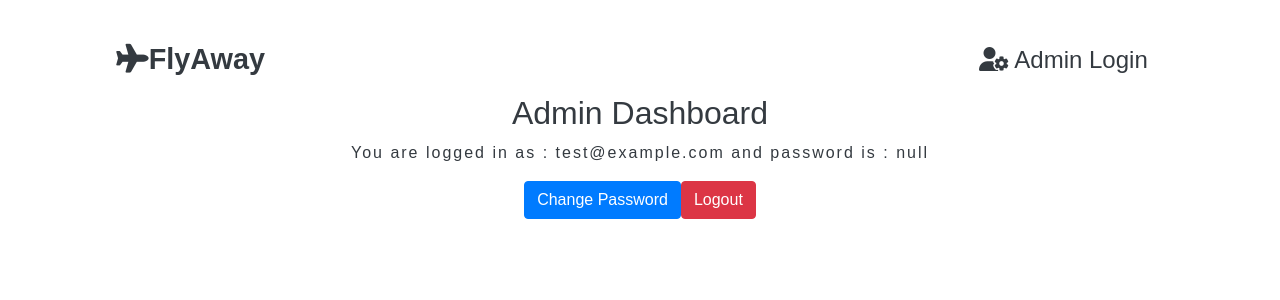
Repository: Niks4u2/FlyAway
Page: http://localhost/flyaway/dashboard.jsp
An editor plug-in stored every save of this project. The page is shown before and after the next save, followed by the edit.
The browser window is 1280 px wide. The pictures show the whole page.
Some web fonts or font styles are not loaded; a fallback is used. Some web libraries are served in a nearby version. The page is served by Tomcat 10. The session is filled in as if someone had signed in: {"email": "test@example.com"}.

Above is the page before, as saved 2021-09-26 07:32:51.

After the next save:
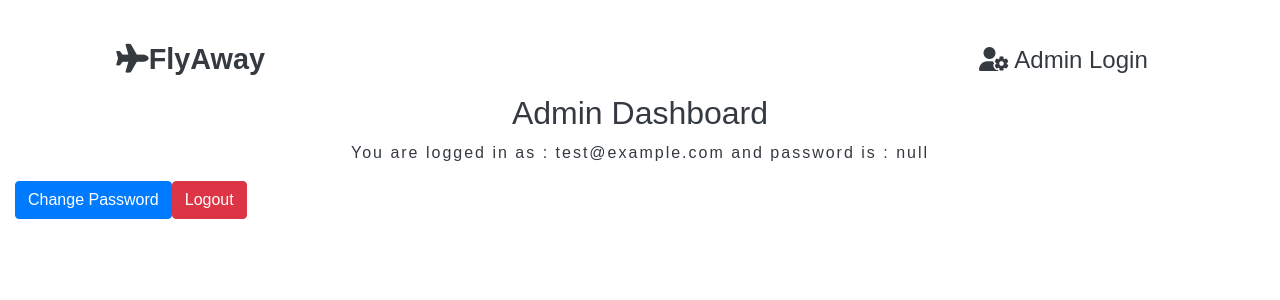
Saved 27 s later.
--- a/Source Code/flyaway/src/main/webapp/dashboard.jsp
+++ b/Source Code/flyaway/src/main/webapp/dashboard.jsp
@@ -80,7 +80,7 @@
                 <p>You are logged in as : <%= session.getAttribute("email") %> and password is : <%= session.getAttribute("password") %> </p>
             </div>
 
-            <div class="col-md-12 d-flex justify-content-center align-items-center mx-2">
+            <div class="col-md-12 d-flex align-items-center g-4">
                 <button class="btn btn-primary">Change Password</button>
                 <a href="LogoutServlet"><button class="btn btn-danger">Logout</button></a>
             </div>

After the save that followed:
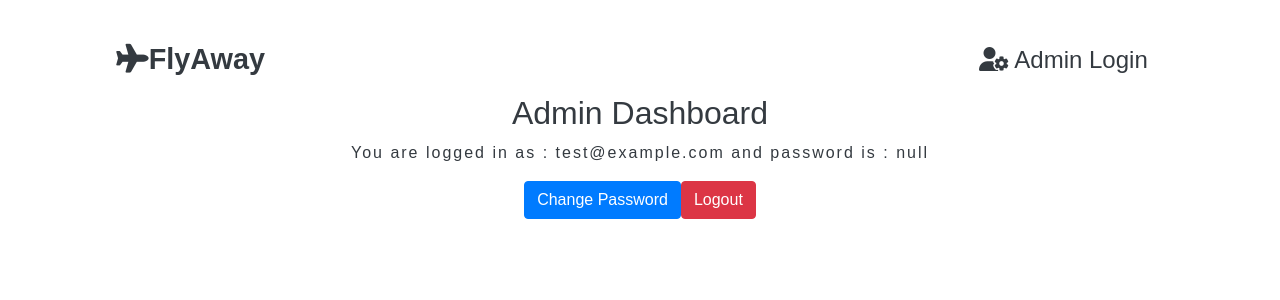
Saved 31 s later.
--- a/Source Code/flyaway/src/main/webapp/dashboard.jsp
+++ b/Source Code/flyaway/src/main/webapp/dashboard.jsp
@@ -80,7 +80,7 @@
                 <p>You are logged in as : <%= session.getAttribute("email") %> and password is : <%= session.getAttribute("password") %> </p>
             </div>
 
-            <div class="col-md-12 d-flex align-items-center g-4">
+            <div class="col-md-12 d-flex justify-content-center g-4">
                 <button class="btn btn-primary">Change Password</button>
                 <a href="LogoutServlet"><button class="btn btn-danger">Logout</button></a>
             </div>
